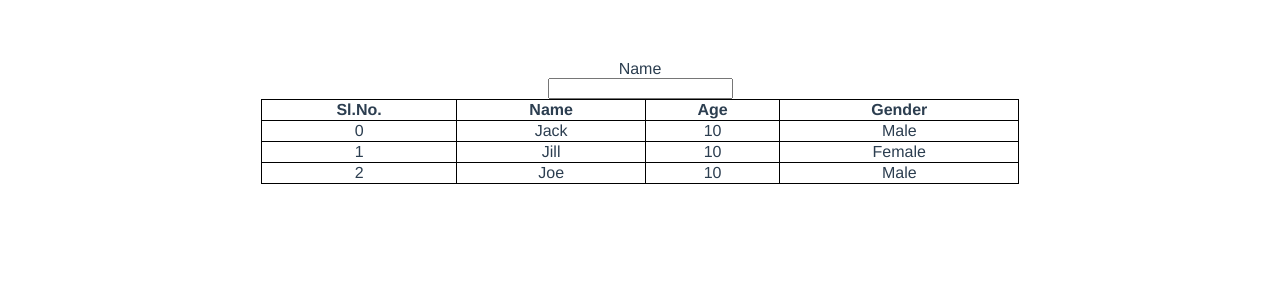
Repository: tysonpaul89/vue-student-crud
Page: /
These files come from the project's save history. The page is drawn as it stood at one moment and after the next save; the edit follows.
The browser window is 1280 px wide. The pictures show the whole page.
The project was rebuilt for these pictures with package versions that can differ from the ones it lists, and the page was loaded fresh each time.

Above is the page before, as saved 2020-04-10 17:19:46.

After the next save:
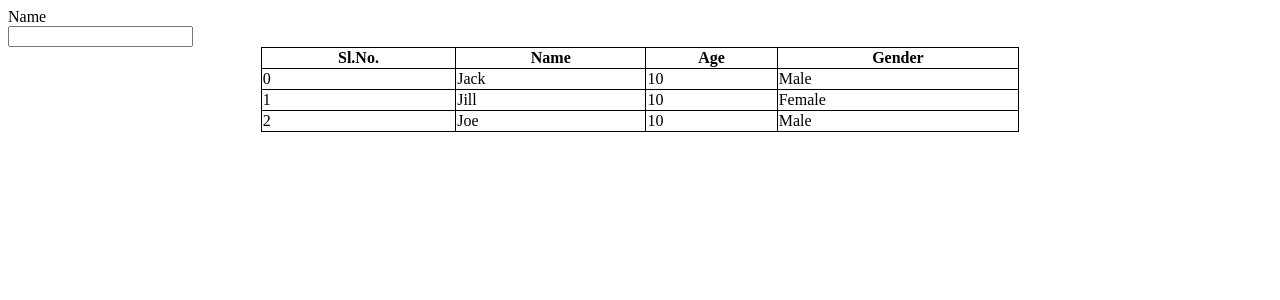
Saved 10 s later.
--- a/src/App.vue
+++ b/src/App.vue
@@ -28,12 +28,5 @@ export default {
 </script>
 
 <style>
-#app {
-  font-family: Avenir, Helvetica, Arial, sans-serif;
-  -webkit-font-smoothing: antialiased;
-  -moz-osx-font-smoothing: grayscale;
-  text-align: center;
-  color: #2c3e50;
-  margin-top: 60px;
-}
+
 </style>
